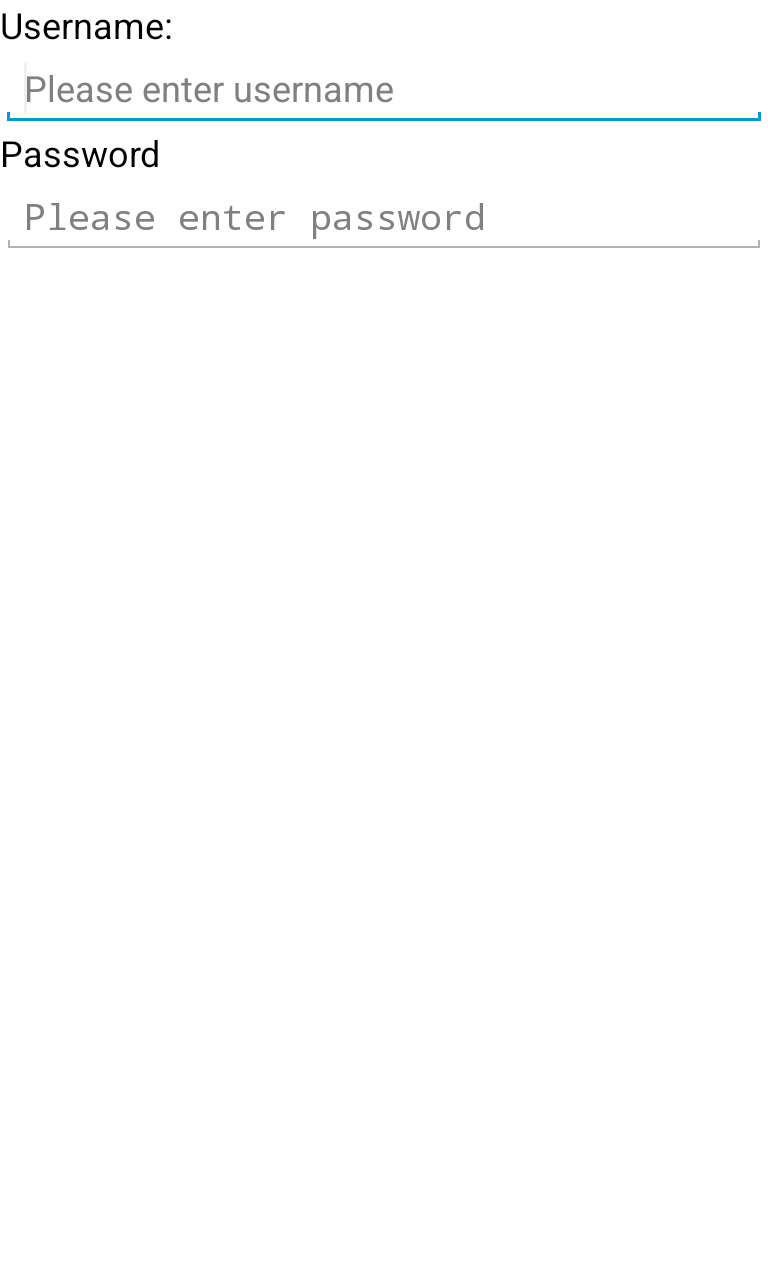
Repository: arp122/Gravitas-2014-Attendace
Layout: OrganisationGravitas/myworkspace/MusicTrivia/res/layout/login_page.xml
An editor plug-in stored every save of this project. The layout is shown before and after the next save, followed by the edit.
It is drawn on a 768 x 1280 px phone screen (xhdpi) without system bars, with theme AppTheme; the app's code is not run.

Above is the layout before, as saved 2014-09-20 17:31:16.

### OrganisationGravitas/myworkspace/MusicTrivia/res/layout/login_page.xml
<?xml version="1.0" encoding="utf-8"?>
<LinearLayout xmlns:android="http://schemas.android.com/apk/res/android"
    android:layout_width="match_parent"
    android:layout_height="match_parent"

    android:orientation="vertical" >

    <TextView
        android:id="@+id/textView1"
        android:layout_width="wrap_content"
        android:layout_height="wrap_content"
        android:text="Username:"
        android:textAppearance="?android:attr/textAppearanceMedium" />

    <EditText
        android:id="@+id/editText1"
        android:layout_width="match_parent"
        android:layout_height="wrap_content"
        android:hint="Please enter username"
        android:ems="10" >

        <requestFocus />
    </EditText>

    <TextView
        android:id="@+id/textView2"
        android:layout_width="wrap_content"
        android:layout_height="wrap_content"
        android:text="Password"
        android:textAppearance="?android:attr/textAppearanceMedium" />

    <EditText
        android:id="@+id/editText2"
        android:layout_width="match_parent"
        android:layout_height="wrap_content"
        android:ems="10"
        android:hint="Please enter password"
        android:inputType="textPassword" />

</LinearLayout>

Loaded but not shown: OrganisationGravitas/myworkspace/MusicTrivia/res/values/styles.xml (common file); OrganisationGravitas/myworkspace/MusicTrivia/res/values-v11/styles.xml (common file); OrganisationGravitas/myworkspace/MusicTrivia/res/values-v14/styles.xml (common file)

After the next save:
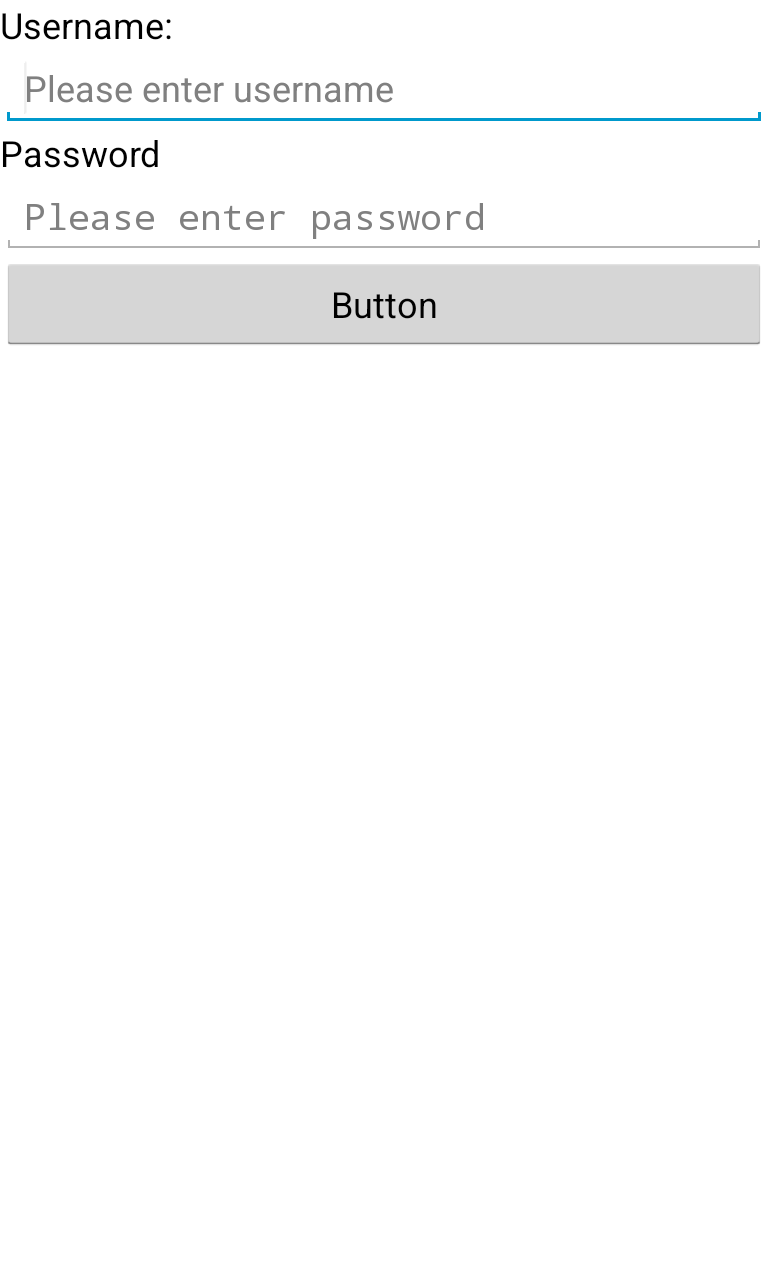
Saved 34 s later.
--- a/OrganisationGravitas/myworkspace/MusicTrivia/res/layout/login_page.xml
+++ b/OrganisationGravitas/myworkspace/MusicTrivia/res/layout/login_page.xml
@@ -37,4 +37,10 @@
         android:hint="Please enter password"
         android:inputType="textPassword" />
 
+    <Button
+        android:id="@+id/button1"
+        android:layout_width="fill_parent"
+        android:layout_height="wrap_content"
+        android:text="Button" />
+
 </LinearLayout>
